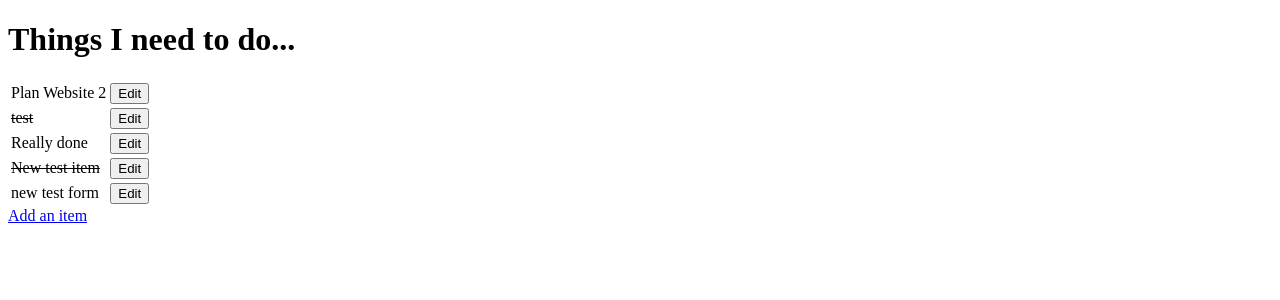
Repository: Shilldon/simple-django-todo
Page: http://localhost/
The author's editor kept a record of every edit. The page is drawn from the files as they stood at one moment, then again after the next edit.
The browser window is 1280 px wide. The pictures show the whole page.
The page is served by the project's application, run on Django 2.2 (manage.py). Other server files are loaded and not shown. The page reads the database file committed with the project.

Above is the page before.

### todo/views.py
from django.shortcuts import render, HttpResponse, redirect, get_object_or_404
from .models import Item
from .forms import ItemForm
# Create your views here.
# def say_hello(request):
#     return HttpResponse("Hello World")


def get_todo_list(request):
    results = Item.objects.all()
    return render(request,"todo_list.html",{'items':results})

def create_an_item(request):
    if request.method=="POST":
        # a post request - user is submitting the form
        form = ItemForm(request.POST,request.FILES)
        # creates a new form from ItemForm and is populated with the requests
        if form.is_valid():
            form.save()
        return redirect(get_todo_list)
        # just need to call save we do not need to define items because it knows from the original form class what fields there are

        # new_item = Item()
        # new_item.name = request.POST.get('name')
        # new_item.done = 'done' in request.POST
        # new_item.save()
    else:
        # user hasn't submitted for the page has just been rendered so return an empty form
        form = ItemForm()

    return render(request,"item_form.html", {'form':form})


def edit_an_item(request, id):
    item = get_object_or_404(Item, pk=id)
    # pk means primary key
    if request.method == "POST":
        form = ItemForm(request.POST, instance=item)
        if form.is_valid():
            form.save()
            return redirect(get_todo_list)
    else:
        form = ItemForm(instance=item)

    return render(request,"item_form.html", {'form':form})

def toggle_status(request,id):
    item = get_object_or_404(Item, pk=id)
    item.done=not item.done
    item.save()
    return redirect(get_todo_list)

### todo/templates/todo_list.html
<!DOCTYPE html>
<html lang="en">
<head>
    <meta charset="UTF-8">
    <meta name="viewport" content="width=device-width, initial-scale=1.0">
    <meta http-equiv="X-UA-Compatible" content="ie=edge">
    <title>Document</title>
</head>
<body>
    <h1>Things I need to do...</h1>

    <table>
        {% for item in items %}
        <tr>
            {% if item.done %}
            <td><strike>{{ item.name }}</strike></td>
            {%else%}
            <td>{{ item.name }}</td>
            {%endif%}
            <td>
                <!--<a href="#">Edit</a>-->
                <form method="GET" action="edit/{{ item.id }}"><input type="submit" value="Edit"/></form>
            </td>
        </tr>
        {% empty %} <!-- if there are no items in the list then this will display-->
        <p>You have nothing to do</p>
        {% endfor %}
        <!--
        <tr>
            <td>
             <strike>Plan website</strike>
            </td>
        </tr>
        <tr>
            <td>
             Create Website
            </td>
        </tr>
        <tr>
            <td>
            Launch Website
            </td>
        </tr>        -->
    </table>

    <a href="add">Add an item</a>
</body>
</html>

### todo/models.py
from django.db import models

# Create your models here.
class Item(models.Model):
    name = models.CharField(max_length=30,blank=False)
    done = models.BooleanField(blank=False, default=False)

    def __str__(self):
        return self.name

### django_todo/urls.py
"""django_todo URL Configuration

The `urlpatterns` list routes URLs to views. For more information please see:
    https://docs.djangoproject.com/en/1.11/topics/http/urls/
Examples:
Function views
    1. Add an import:  from my_app import views
    2. Add a URL to urlpatterns:  url(r'^$', views.home, name='home')
Class-based views
    1. Add an import:  from other_app.views import Home
    2. Add a URL to urlpatterns:  url(r'^$', Home.as_view(), name='home')
Including another URLconf
    1. Import the include() function: from django.conf.urls import url, include
    2. Add a URL to urlpatterns:  url(r'^blog/', include('blog.urls'))
"""
from django.conf.urls import url
from django.contrib import admin
# from todo.views import say_hello
from todo.views import get_todo_list, create_an_item, edit_an_item, toggle_status

urlpatterns = [
    url(r'^admin/', admin.site.urls),
    url(r'^$',get_todo_list),
    url(r'^add$',create_an_item),
    url(r'^edit/(?P<id>\d+)$',edit_an_item),
    url(r'^toggle/(?P<id>\d+)$',toggle_status)

    # ?P this is an expression coming up
    # <id> is the reference of the value passed into the expression
    #\ passing in regular rexpression - d+ is digit (d is a signle digit)

]

### db.sqlite3 (the tables this page reads, as SQL)
CREATE TABLE "todo_item" ("id" integer NOT NULL PRIMARY KEY AUTOINCREMENT, "name" varchar(30) NOT NULL, "done" bool NOT NULL);
INSERT INTO "todo_item" VALUES
(4, 'Plan Website 2', 0),
(5, 'test', 1),
(6, 'Really done', 0),
(7, 'New test item', 1),
(8, 'new test form', 0);

After the next edit:
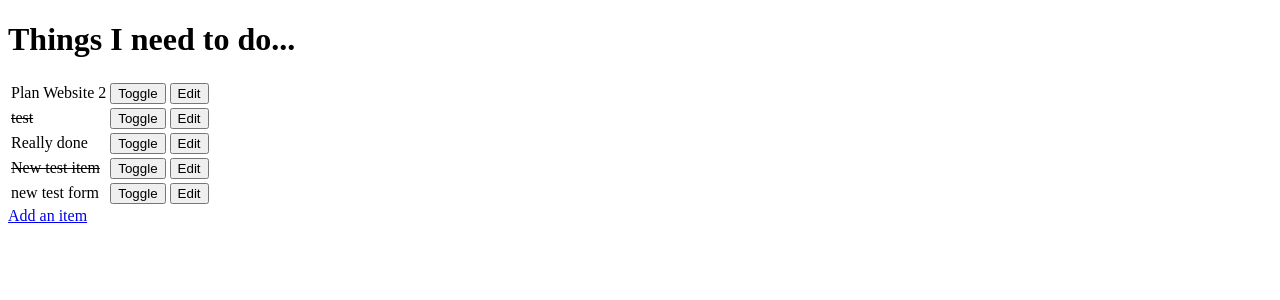
The edit:
--- a/todo/templates/todo_list.html
+++ b/todo/templates/todo_list.html
@@ -17,6 +17,10 @@
             {%else%}
             <td>{{ item.name }}</td>
             {%endif%}
+            <td>
+                <form method="POST" action="toggle/{{ item.id }}">{% csrf_token %}<input type="submit" value="Toggle"/></form>
+                <!-- csrf_token only needed if POSTing data not GETting data (like below)-->
+            </td>
             <td>
                 <!--<a href="#">Edit</a>-->
                 <form method="GET" action="edit/{{ item.id }}"><input type="submit" value="Edit"/></form>
